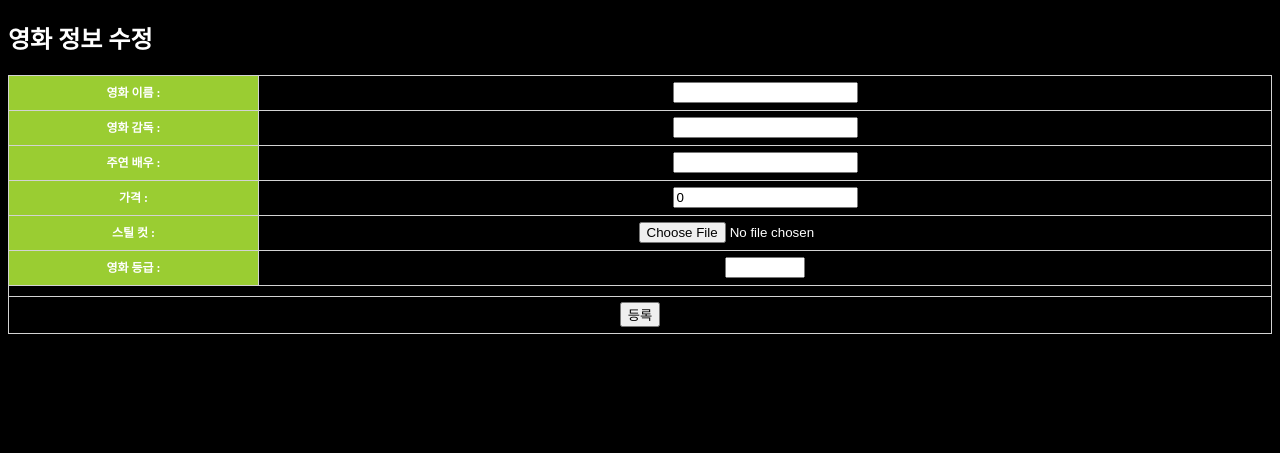
Repository: shinymusket/ideal-memory2
Page: http://localhost/homework10/MA
The author's editor kept a copy of each file at every save. The page is drawn from the files as they stood at one save, then again after the next save.
The browser window is 1280 px wide. The pictures show the whole page.
The page is served by Tomcat 9. Queries for data that is not in the repository find no rows.

Above is the page before, as saved 2022-06-17 08:45:07.

After the next save:
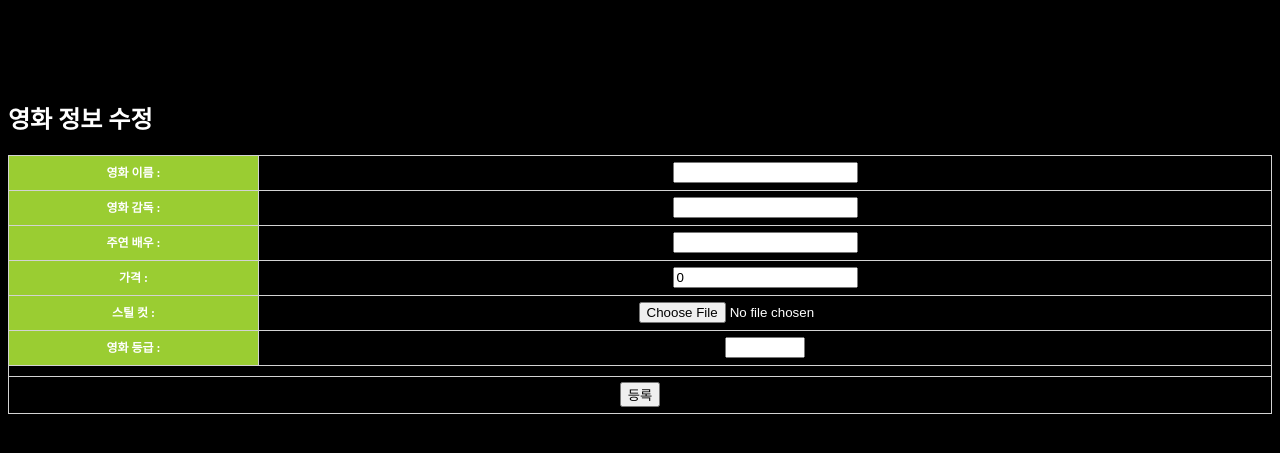
Saved 26 s later.
--- a/homework10/WebContent/movieAlter.jsp
+++ b/homework10/WebContent/movieAlter.jsp
@@ -8,6 +8,7 @@
 <link type="text/css" href="style/movie.css" rel="stylesheet">
 </head>
 <body>
+	<div id="wrap" align="center"></div>
 	<h2>영화 정보 수정</h2>
 	<table>
 		<form action="MA" method="post" enctype="multipart/form-data">
